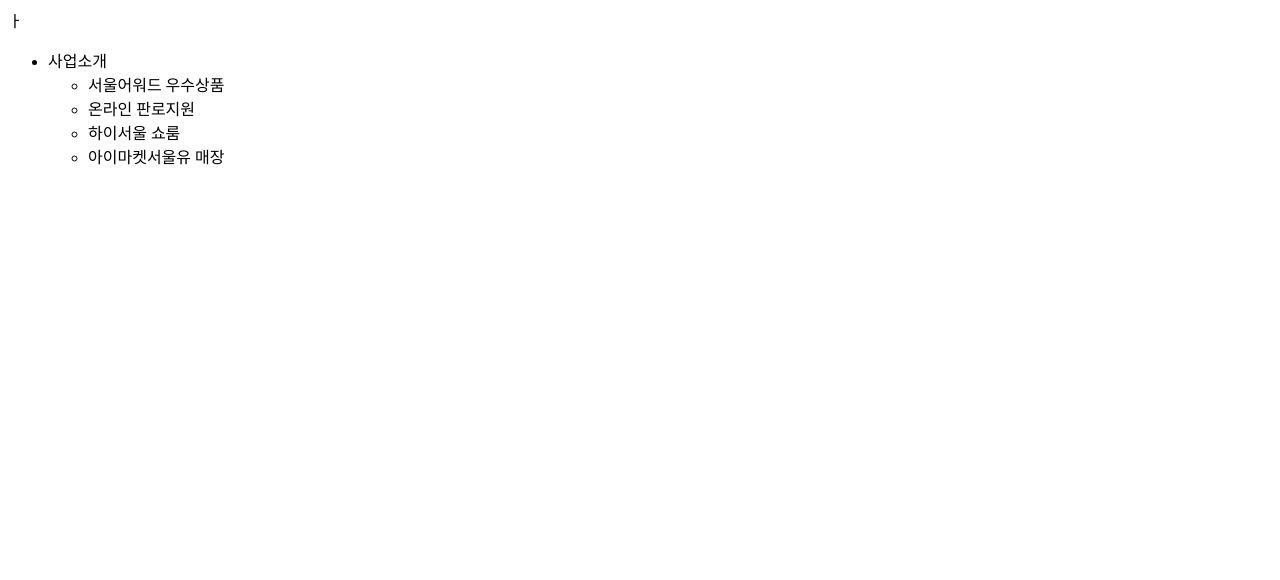
Repository: Ahn-jeong/javabasic
Page: 1.BasicJava/workspace/basic/WebContent/1024/각각메뉴슬라이드.html
An editor plug-in stored every save of this project. The page is shown before and after the next save, followed by the edit.
The browser window is 1280 px wide. The pictures show the whole page.

Above is the page before, as saved 2019-10-24 05:07:58.

After the next save:
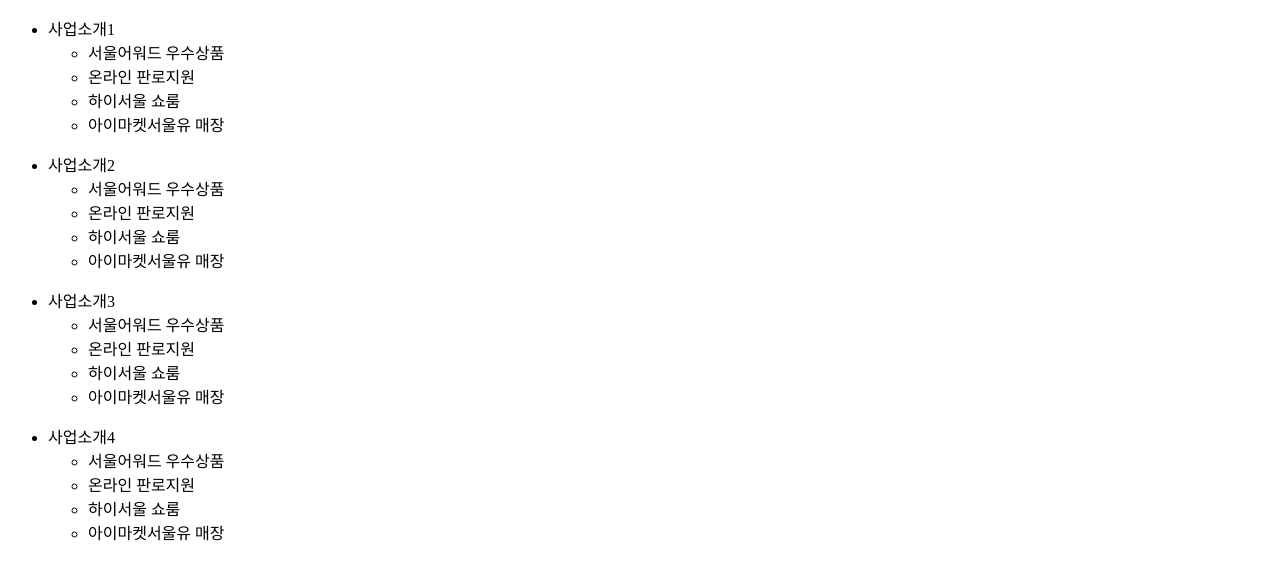
Saved 53 s later.
--- a/1.BasicJava/workspace/basic/WebContent/1024/각각메뉴슬라이드.html
+++ b/1.BasicJava/workspace/basic/WebContent/1024/각각메뉴슬라이드.html
@@ -5,10 +5,37 @@
 		<title>각각 메뉴 슬라이드</title>
 	</head>
 	<body>
-		ㅏ<nav>
+		<nav>
 			<ul class = "dropdown">
-				<li>사업소개</li>
-				<ul>
+				<li>사업소개1</li>
+				<ul class = "submenu">
+					<li>서울어워드 우수상품</li>
+					<li>온라인 판로지원</li>
+					<li>하이서울 쇼룸</li>
+					<li>아이마켓서울유 매장</li>
+				</ul>
+			</ul>
+			<ul class = "dropdown">
+				<li>사업소개2</li>
+				<ul class = "submenu">
+					<li>서울어워드 우수상품</li>
+					<li>온라인 판로지원</li>
+					<li>하이서울 쇼룸</li>
+					<li>아이마켓서울유 매장</li>
+				</ul>
+			</ul>
+			<ul class = "dropdown">
+				<li>사업소개3</li>
+				<ul class = "submenu">
+					<li>서울어워드 우수상품</li>
+					<li>온라인 판로지원</li>
+					<li>하이서울 쇼룸</li>
+					<li>아이마켓서울유 매장</li>
+				</ul>
+			</ul>
+			<ul class = "dropdown">
+				<li>사업소개4</li>
+				<ul class = "submenu">
 					<li>서울어워드 우수상품</li>
 					<li>온라인 판로지원</li>
 					<li>하이서울 쇼룸</li>
